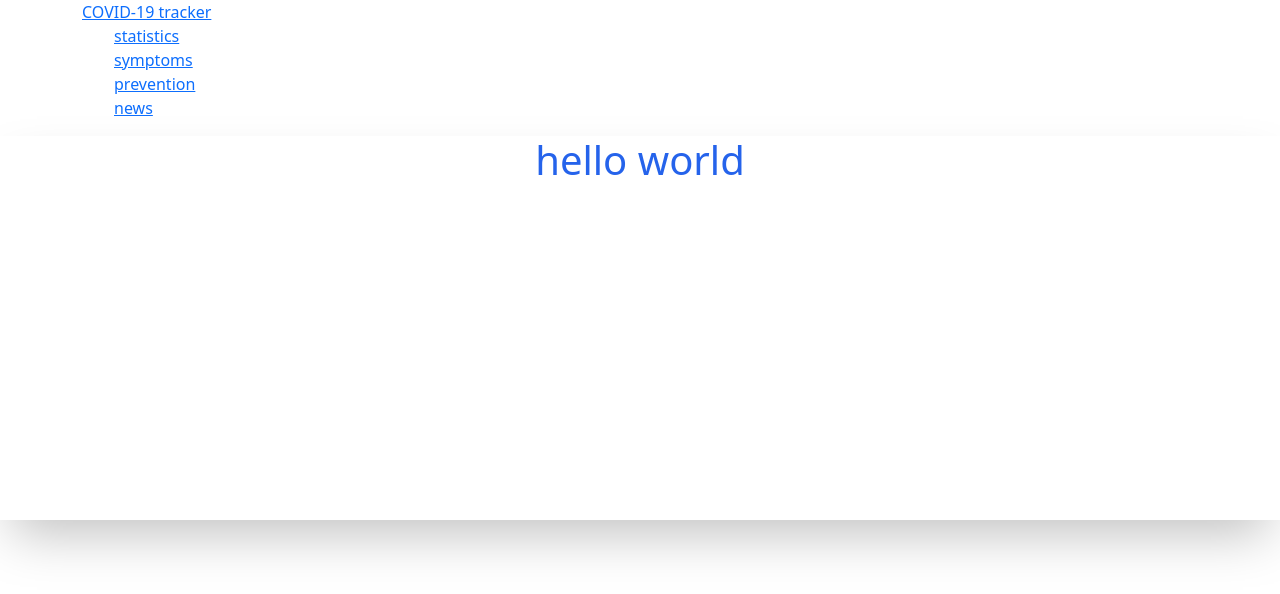
Repository: latenightsnacc/covid-19tracker
Page: design/index.html
An editor plug-in stored every save of this project. The page is shown before and after the next save, followed by the edit.
The browser window is 1280 px wide. The pictures show the whole page.
Some web libraries are served in a nearby version.

Above is the page before, as saved 2021-07-22 14:21:38.

After the next save:
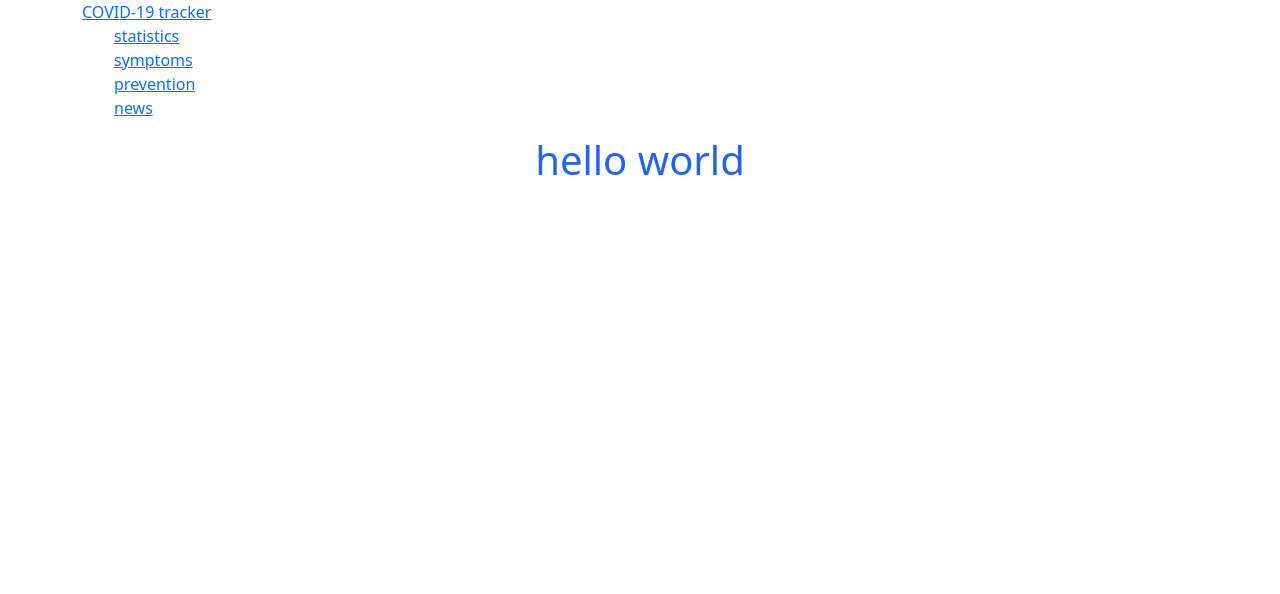
Saved 31 s later.
--- a/design/index.html
+++ b/design/index.html
@@ -34,8 +34,10 @@
                 </li>
             </ul>
         </nav>
-        <div class="m-auto shadow-2xl bg-white h-96 text-center">
-            <div class="container"></div>
+        <div class="m-auto  bg-white h-96 text-center">
+            <div class="container">
+                <div class="shadow-2xl"></div>
+            </div>
             <h1 class="text-blue-600">hello world</h1>
         </div>
     </main>
